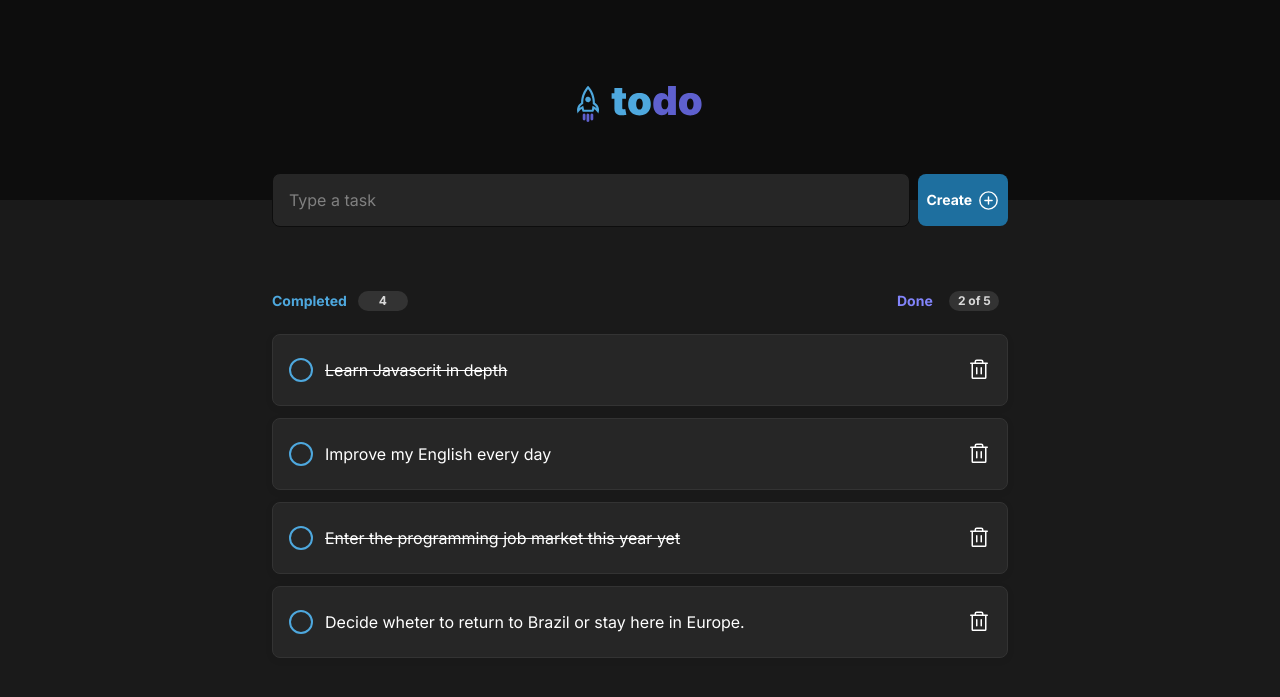
Repository: JoseGu1llardi/to-do-list-D01
Page: /
The author's editor kept a copy of each file at every save. The page is drawn from the files as they stood at one save, then again after the next save.
The browser window is 1280 px wide. The pictures show the whole page.
The project was rebuilt for these pictures with package versions that can differ from the ones it lists, and the page was loaded fresh each time. Requests to the local data server were answered from the project's data file. Also part of the build but not shown: vite.config.ts.

Above is the page before, as saved 2023-03-12 22:53:59.

### index.html
<!DOCTYPE html>
<html lang="en">
  <head>
    <meta charset="UTF-8" />

    <link rel="preconnect" href="https://fonts.googleapis.com" />
    <link rel="preconnect" href="https://fonts.gstatic.com" crossorigin />

    <link
      href="https://fonts.googleapis.com/css2?family=Inter:wght@400;700&display=swap"
      rel="stylesheet"
    />

    <link rel="icon" type="image/svg+xml" href="/vite.svg" />
    <meta name="viewport" content="width=device-width, initial-scale=1.0" />
    <title>Vite + React + TS</title>
  </head>
  <body>
    <div id="root"></div>
    <script type="module" src="/src/main.tsx"></script>
  </body>
</html>

### src/App.tsx
import { TaskProvider } from './contexts/TaskContext';

import { Header } from "./components/Header";
import { Input } from "./components/Input";
import { Button } from "./components/Button";
import { TasksList } from "./components/TasksList";

import styles from './App.module.css';
import "./global.css";

function App() {
  return (
    <TaskProvider>
      <Header />

      <div className={styles.newTaskContainer}>
        <Input />
        <Button />
      </div>

      <div className={styles.tasksContainer}>
        <TasksList />
      </div>
    </TaskProvider>
  )
}

export default App

### src/contexts/TaskContext.tsx
import { useState, useEffect, createContext, ReactNode } from 'react';

import api from '../services/api';

export interface TaskType {
    id: number;
    content: string;
    status: boolean;
}

interface TaskProviderProps {
    children: ReactNode;
}

interface TaskConstextData {
    tasks: TaskType[];
    changeStatus: (id: number) => Promise<void>
}

export const TaskContext = createContext({} as TaskConstextData);

export function TaskProvider({ children }: TaskProviderProps) {
    const [tasks, setTasks] = useState<TaskType[]>([]);

    useEffect(() => {
        api.get("/tasks")
            .then(({ data }) => setTasks(data))
    }, []);

    async function changeStatus(id: number) {
        const taskUpdate = [...tasks];
        const taskIndex = tasks.findIndex(task => task.id === id);
        taskUpdate[taskIndex].status = !taskUpdate[taskIndex].status;

        try {
            api.put(`/tasks/${id}`, setTasks(taskUpdate))
        } catch (err) {
            console.log(err);
        }
    }

    return (
        <TaskContext.Provider value={{ tasks, changeStatus }}>
            {children}
        </TaskContext.Provider>
    )
}

### src/components/Header/index.tsx
import Logo from '../../assets/Logo (1).svg'

import styles from './styles.module.css';

export function Header() {
    return (
        <header className={styles.container}>
            <img src={Logo} />
        </header>
    )
}

### src/components/Input/index.tsx
import styles from './styles.module.css';

export function Input() {
    return (
        <input
            type="text"
            className={styles.input}
            placeholder='Type a task'
        />
    )
}

### src/components/Button/index.tsx
import { PlusCircle } from '@phosphor-icons/react'

import styles from './styles.module.css';

export function Button() {
    return (
        <button className={styles.button}>
            <span>Create</span>
            <PlusCircle size={23} />
        </button>
    )
}

### src/components/TasksList/index.tsx
import { useContext } from 'react';

import { TaskContext } from '../../contexts/TaskContext';

import { Task } from '../Task';

import Clipboard from '../../assets/Clipboard.svg';

import styles from './styles.module.css';

export function TasksList() {
    const { tasks } = useContext(TaskContext);

    return (
        <>
            <section className={styles.info}>

                <div className={styles.created}>
                    <span>Completed</span>
                    <div className={styles.counterCreated}>
                        <p>{tasks.length}</p>
                    </div>
                </div>

                <div className={styles.done}>
                    <span>Done</span>
                    <div className={styles.doneCreated}>
                        <span>2 of 5</span>
                    </div>
                </div>

            </section>

            {
                tasks.length === 0 ? (
                    <section className={styles.tasks}>
                        <img src={Clipboard} alt="" />
                        <strong>You don't have tasks registered yet!</strong>
                        <span>Create tasks and organize your to-do list</span>
                    </section>
                ) : (
                    <section className={styles.list}>
                        {
                            tasks.map((task) => (
                                <Task
                                    key={task.id}
                                    content={task.content}
                                    status={task.status}
                                    id={task.id} />
                            ))
                        }
                    </section>
                )
            }
        </>
    )
}

### src/App.module.css
.newTaskContainer {
  display: flex;
  flex-direction: row;
  align-items: center;
  padding: 0px;
  gap: 8px;

  position: absolute;
  width: 46rem;
  height: 3.375rem;
  left: calc(50% - 736px / 2);
  top: 10.8125rem;
}

.tasksContainer {
  display: flex;
  flex-direction: column;
  align-items: flex-start;
  padding: 0px;
  gap: 24px;

  position: absolute;
  width: 736px;
  height: 287px;
  left: calc(50% - 736px / 2);
  top: 291px;
}

### src/global.css
:root {
  // Base
  --gray-100: #f2f2f2;
  --gray-200: #d9d9d9;
  --gray-300: #808080;
  --gray-400: #333333;
  --gray-500: #262626;
  --gray-600: #1a1a1a;
  --gray-700: #0d0d0d;

  --danger: #e25858;

  // Product
  --purple: #8284fa;
  --dark-purple: #5e60ce;
  --blue: #4ea8de;
  --dark-blue: #1e6f9f;
}

* {
  margin: 0;
  padding: 0;
  box-sizing: border-box;
}

body {
  color: #fff;
  background: var(--gray-600);

  width: 100%;
  height: 100%;
  max-height: 1024px;
  position: relative;
}

body,
input,
textarea,
button {
  font-family: "Inter", sans-serif;
  font-weight: 400;
  font-size: 1rem;
}

### src/services/api.ts
import axios from 'axios';

const api = axios.create({
    baseURL: "http://localhost:3000"
});

export default api;

### src/components/Header/styles.module.css
.container {
  position: absolute;
  height: 12.5rem;
  max-width: 100%;
  left: 0;
  right: 0;
  top: 0;

  display: flex;
  align-items: center;
  justify-content: center;

  background: var(--gray-700);
}

.container img {
  position: absolute;
  width: 7.875rem;
  height: 3rem;
}

### src/components/Input/styles.module.css
.input {
  box-sizing: border-box;

  display: flex;
  flex-direction: row;
  align-items: center;
  padding: 16px;
  gap: 8px;

  width: 638px;
  height: 54px;

  background: var(--gray-500);
  color: #fff;

  border: 1px solid var(--gray-700);
  border-radius: 8px;

  flex: none;
  order: 0;
  flex-grow: 1;
}

.input:focus {
  outline: transparent;
  box-shadow: 0 0 0 2px var(--dark-purple);
}

.input::placeholder {
  color: var(--gray-300);
}

### src/components/Button/styles.module.css
.button {
  width: 90px;
  height: 52px;

  display: flex;
  flex-direction: row;
  align-items: center;
  justify-content: center;
  gap: 16px;

  border: 0;
  border-radius: 8px;

  background: var(--dark-blue);
  color: white;

  cursor: pointer;

  transition: filter 0.2s;
}

.button span {
  width: 34px;
  height: 20px;

  font-weight: 700;
  font-size: 14px;
  line-height: 140%;

  color: var(--gray-100);

  flex: none;
  order: 0;
  flex-grow: 0;
}

.button img {
  width: 16px;
  height: 16px;

  flex: none;
  order: 1;
  flex-grow: 0;
}

.button:hover {
  background: var(--blue);
  filter: brightness(0.8);
}

### src/components/Task/index.tsx
import { useState, useContext } from 'react';

import { TaskContext } from '../../contexts/TaskContext';

import { Trash } from '@phosphor-icons/react'

import styles from './styles.module.css';

interface TasksProps {
    id: number;
    content: string;
    status: boolean;
}[]

export function Task({ content, status, id }: TasksProps) {
    const [isChecked, setIsChecked] = useState(status);

    const { changeStatus } = useContext(TaskContext);

    function handleChangeStatus(id: number) {
        changeStatus(id);
    }

    return (
        <section className={styles.task}>
            <div>
                <input
                    id='checked'
                    type="checkbox"
                    onClick={() => handleChangeStatus(id)}
                />
                <span
                    className={isChecked ? styles.isChecked : ''}
                >
                    {content}
                </span>
            </div>
            <Trash size={20} />
        </section>
    )
}

### src/components/TasksList/styles.module.css
.info {
  display: flex;
  flex-direction: row;
  justify-content: space-between;
  align-items: flex-end;
  padding: 0px;

  width: 736px;
  height: 19px;

  flex: none;
  order: 0;
  align-self: stretch;
  flex-grow: 0;
}

.created {
  display: flex;
  flex-direction: row;
  align-items: center;
  padding: 0px;
  gap: 8px;

  width: 139px;
  height: 19px;

  order: 0;
  flex-grow: 0;
}

.created span {
  font-family: "Inter";
  font-style: normal;
  font-weight: 700;
  font-size: 14px;
  line-height: 17px;

  color: var(--blue);

  flex: none;
  order: 0;
  flex-grow: 0;
}

.counterCreated {
  display: flex;
  flex-direction: row;
  justify-content: center;
  align-items: center;
  padding: 2px 8px;
  gap: 10px;
  margin: 0 auto;

  width: 50px;
  height: 20px;

  background: #333333;
  border-radius: 999px;

  order: 1;
  flex-grow: 0;
}

.counterCreated p {
  display: flex;
  flex-direction: row;
  font-style: normal;
  font-weight: 700;
  font-size: 12px;
  line-height: 15px;

  color: var(--gray-200);
}

.done {
  display: flex;
  box-sizing: border-box;
  flex-direction: row;
  align-items: center;
  padding: 0px;
  gap: 8px;

  width: 111px;
  height: 19px;

  order: 1;
  flex-grow: 0;
}

.done span {
  font-family: "Inter";
  font-style: normal;
  font-weight: 700;
  font-size: 14px;
  line-height: 17px;

  color: #8284fa;

  flex: none;
  order: 0;
  flex-grow: 0;
}

.doneCreated {
  display: flex;
  flex-direction: row;
  justify-content: center;
  box-sizing: border-box;
  align-items: center;
  padding: 2px 8px;
  gap: 10px;
  margin: 0 auto;

  width: 50px;
  height: 20px;

  background: #333333;
  border-radius: 999px;

  order: 1;
  flex-grow: 0;
}

.doneCreated span {
  display: flex;
  flex-direction: row;
  font-style: normal;
  font-weight: 700;
  font-size: 12px;
  line-height: 15px;

  color: var(--gray-200);
}

.tasks {
  box-sizing: border-box;

  display: flex;
  flex-direction: column;
  justify-content: center;
  align-items: center;
  padding: 64px 24px;
  gap: 16px;

  width: 736px;
  height: 244px;

  border-top: 1px solid #333333;
  border-radius: 8px;

  flex: none;
  order: 1;
  align-self: stretch;
  flex-grow: 0;
}

.tasks img {
  width: 56px;
  height: 56px;

  flex: none;
  order: 0;
  flex-grow: 0;
}

.tasks strong {
  display: block;
  font-style: normal;
  font-weight: 700;
  font-size: 16px;

  text-align: center;

  color: var(--gray-300);

  flex: none;
  align-self: stretch;
  flex-grow: 0;
}

.tasks span {
  font-style: normal;
  font-weight: 300;
  font-size: 16px;

  color: var(--gray-300);
}

.list {
  display: flex;
  flex-direction: column;
  align-items: flex-start;
  padding: 0px;
  gap: 12px;

  width: 736px;
  height: 382px;

  /* Inside auto layout */

  flex: none;
  order: 1;
  flex-grow: 0;
}

### src/components/Task/styles.module.css
.task {
  box-sizing: border-box;

  display: flex;
  flex-direction: row;
  align-items: center;
  flex-direction: row;
  justify-content: space-between;
  padding: 16px;
  gap: 12px;

  width: 736px;
  height: 72px;

  /* Gray 500 */

  background: #262626;
  /* Gray 400 */

  border: 1px solid #333333;
  box-shadow: 0px 2px 8px rgba(0, 0, 0, 0.06);
  border-radius: 8px;

  flex: none;
  order: 0;
  align-self: stretch;
  flex-grow: 0;
}

.task div {
  display: flex;
  flex-direction: row;
  align-items: center;
  flex-direction: row;
  gap: 12px;
}

.isChecked {
  text-decoration: line-through;
}

.task input[type="checkbox"] {
  -webkit-appearance: none;
  -moz-appearance: none;

  width: 24px;
  height: 24px;

  border: 2px solid var(--blue);
  border-radius: 50%;
  outline: none;

  background-color: transparent;
  background-position: center;
  background-repeat: no-repeat;

  cursor: pointer;

  flex: none;
  order: 0;
  flex-grow: 0;
}

.task input[type="checkbox"]:checked {
  width: 24px;
  height: 24px;

  transition-duration: all 1s ease;

  border: none;
  background-image: url("./../../assets/Layer 1.svg");
}

.task svg {
  display: flex;
  float: right;
  width: 24px;
  height: 24px;

  border-radius: 4px;

  flex: none;
  order: 2;
  flex-grow: 0;
}

.task svg:hover {
  background: #333333;
  border-radius: 4px;

  color: var(--danger);

  flex: none;
  order: 1;
  flex-grow: 0;

  cursor: pointer;
}

### src/db.json
{
  "tasks": [
    {
      "id": 1,
      "content": "Learn Javascrit in depth",
      "status": true
    },
    {
      "id": 2,
      "content": "Improve my English every day",
      "status": false
    },
    {
      "id": 3,
      "content": "Enter the programming job market this year yet",
      "status": true
    },
    {
      "id": 4,
      "content": "Decide wheter to return to Brazil or stay here in Europe.",
      "status": false
    }
  ]
}

Loaded but not shown: src/main.tsx (common file)

After the next save:
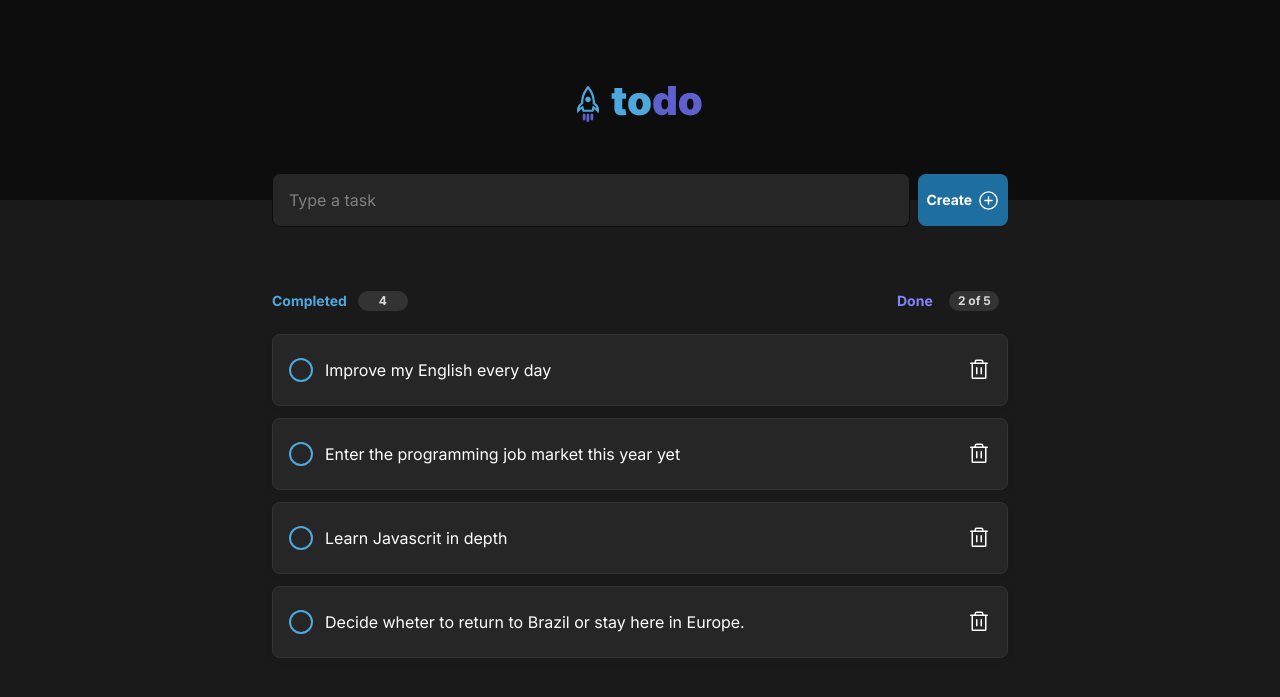
Saved 4 min 49 s later.
--- a/src/db.json
+++ b/src/db.json
@@ -2,18 +2,18 @@
   "tasks": [
     {
       "id": 1,
-      "content": "Learn Javascrit in depth",
-      "status": true
-    },
-    {
-      "id": 2,
       "content": "Improve my English every day",
       "status": false
     },
     {
+      "id": 2,
+      "content": "Enter the programming job market this year yet",
+      "status": false
+    },
+    {
       "id": 3,
-      "content": "Enter the programming job market this year yet",
-      "status": true
+      "content": "Learn Javascrit in depth",
+      "status": false
     },
     {
       "id": 4,
